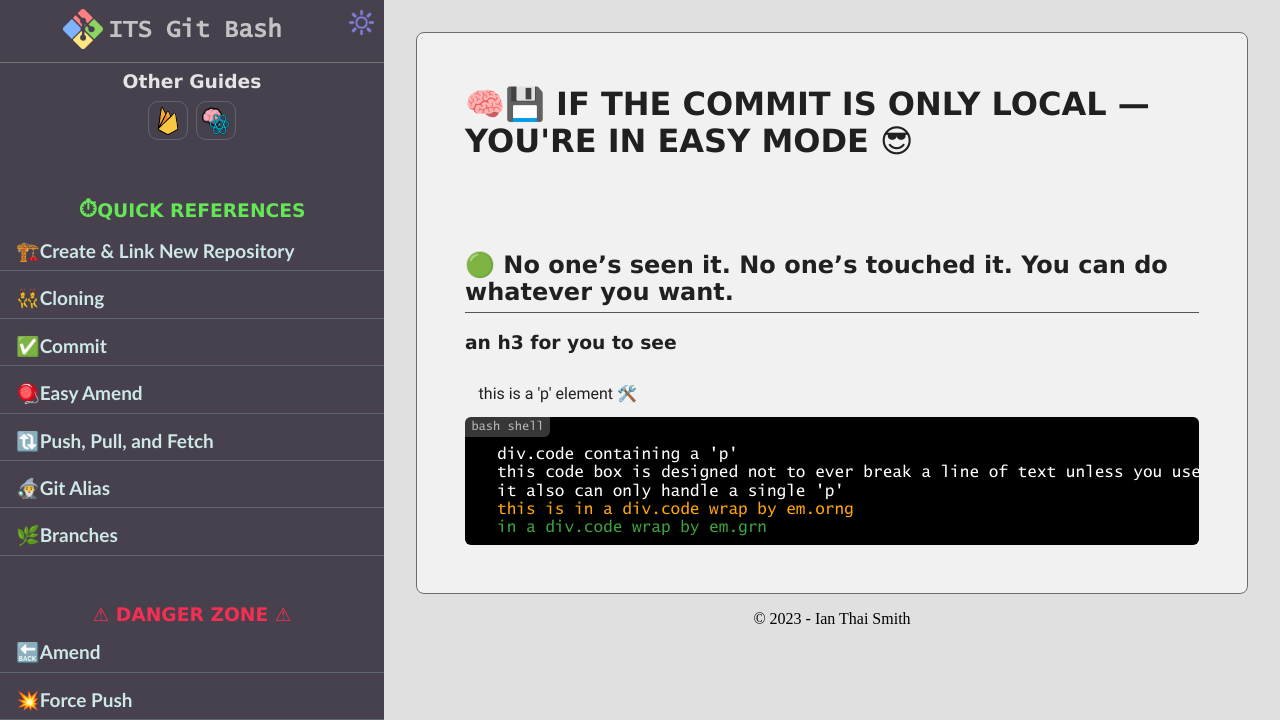
Repository: whyDoILoveThis/project__ITS_Git_Bash
Page: html/easy-amend.html
The author's editor kept a copy of each file at every save. The page is drawn from the files as they stood at one save, then again after the next save.
The browser window is 1280 px wide. The pictures show the whole page.

Above is the page before, as saved 2025-07-06 06:19:01.

### html/easy-amend.html
<!DOCTYPE html>
<html lang="en">
  <head>
    <meta charset="UTF-8" />
    <meta name="viewport" content="width=device-width, initial-scale=1.0" />
    <link rel="stylesheet" href="/css/normalize.css" />
    <link rel="stylesheet" href="/css/style.css" />
    <title>new-page</title>
  </head>
  <body>
    <!--!!!!!-->
    <!--! MAIN-WRAP -->
    <div class="main-wrap">
      <section class="article-wrap">
        <article class="article">
          <h1>🧠💾 IF THE COMMIT IS ONLY LOCAL — YOU'RE IN EASY MODE 😎</h1>
          <h2>
            🟢 No one’s seen it. No one’s touched it. You can do whatever you
            want.
          </h2>
          <h3>an h3 for you to see</h3>
          <p>this is a 'p' element 🛠️</p>
          <div class="code">
            <p>
              div.code containing a 'p' <br />
              this code box is designed not to ever break a line of text unless
              you use a 'br' linebreak element <br />
              it also can only handle a single 'p' <br />
              <em class="orng">this is in a div.code wrap by em.orng</em
              ><br /><em class="grn">in a div.code wrap by em.grn</em>
            </p>
          </div>
        </article>
      </section>
    </div>
    <!--! MAIN-WRAP -->
    <!--! !!!!!!! -->
    <script src="/JS/dynamic-nav.js"></script>
  </body>
</html>

### css/style.css


/*TODO: REFACTOR FOR BETTER ORGANIZATION
        AND REMOVING REDUNDANCIES*/

        :root {
            --size--brightness-toggler: 50px;
        }


.gradient {
    width: 100vw;
    height: 100vh;
    background: rgb(52,30,84);
background: linear-gradient(360deg, rgba(52,30,84,1) 0%, rgba(67,41,166,1) 100%);
}

@font-face {
    font-family: LucidaConsole;
    src: url(/fonts/lucon.ttf);

}

@font-face {
    font-family: Roboto;
    src: url(/fonts/Roboto-Regular.ttf);
}

body {
    font-family: 'Lucida Sans', 'Lucida Sans Regular', 'Lucida Grande', 'Lucida Sans Unicode', Geneva, Verdana, sans-serif;
    transition: background-color 0.3s ease-in;
    background-color: rgb(36, 31, 35);

}

body::-webkit-scrollbar-track
{
	-webkit-box-shadow: inset 0 0 6px rgba(0,0,0,0.3);
	border-radius: 10px;
	background-color: rgb(52, 29, 69);
}

body::-webkit-scrollbar
{
    border-radius: 10px;

	width: 5px;
	background-color: rgb(50, 41, 56);
}

body::-webkit-scrollbar-thumb
{
	border-radius: 10px;
	-webkit-box-shadow: inset 0 0 6px rgba(0,0,0,.3);
	background-color: #8181DB;
}



ul {
    list-style-type: none;
    padding: 0;
    padding-bottom: 4rem;
    margin: 0;
}

ul li {
    padding: 1rem 0 0.5rem 1rem;
    border-bottom: 0.5px solid rgb(90, 105, 110);
}

li a {
    text-decoration: none;
    color: rgb(206, 231, 231);
    font-family: 'Trebuchet MS', 'Lucida Sans Unicode', 'Lucida Grande', 'Lucida Sans', Arial, sans-serif;
    font-weight: 600;
    text-decoration-thickness: 0px;
    font-size: 19px;
}

a {
    color: rgb(45, 143, 248);
    text-decoration: none;
}

a:hover {
    font-weight: 600;
    text-decoration: underline;
}

li a:hover {
    text-decoration: underline;
    text-decoration-thickness: 2px;
    text-decoration-color: rgb(110, 203, 103);
}

em {
    font-style: normal;
}

.main-wrap {
    display: flex;
    height: 100%;
    width: 100%;
}

/** NAV */

.nav {
    z-index: 100;
    background: rgba(50, 41, 56, 0.877);
    backdrop-filter: blur(8px);
    -webkit-backdrop-filter: blur(8px);
    display: flex;
    flex-direction: column;
    width: 30%;
    height: 100%;
    position: fixed;
    overflow: auto;
    transition: all 0.37s ease-out;
}

.nav::-webkit-scrollbar-track
{
	-webkit-box-shadow: inset 0 0 6px rgba(0,0,0,0.3);
	border-radius: 10px;
	background-color: rgb(50, 41, 56);
}

.nav::-webkit-scrollbar
{
    border-radius: 10px;

	width: 3px;
	background-color: rgb(50, 41, 56);
}

.nav::-webkit-scrollbar-thumb
{
	border-radius: 10px;
	-webkit-box-shadow: inset 0 0 6px rgba(0,0,0,.3);
	background-color: #8181DB;
}


.logo-wrap {
    height: auto;
    max-height: 40px;
    display: flex;
    align-items: center;
    justify-content: center;
    gap: 0.3rem;
    padding: 0.7rem;
    border-bottom: 1px solid rgb(115, 115, 115);
    padding-right: var(--size--brightness-toggler);

}

.logo__icon {
    width: 8vw;
    max-width: 40px;
    height: 8vw;
    max-height: 40px;
    display: inline;
}

.logo__tag {
    color: rgb(195, 195, 195);
    font-family:  LucidaConsole, Arial, Helvetica, sans-serif;
    white-space: 1px;
    font-size: 24px;
    font-weight: 600;
    margin: 0;
}

.dark-mode-toggler-wrap {
    position: absolute;
    top: 10px;
    right: 10px;

}

.other-guides-wrap {
    margin: 0.5rem;
    display: flex;
    justify-content: center;
    align-self: center;
    gap: 0.5rem;
}

.other-guides-wrap > a > img {
    width: 28px;
}

.other-guides-heading {
    color: rgb(228, 228, 228);
    margin-top: 0;
}

.guide-link {
    border: 1px solid rgb(90, 105, 110);
    border-radius: 10px;
    display: flex;
    justify-content: center;
    padding: 0.3rem;
    transition: background-color 0.4s;
}

.guide-link:hover {
    background-color: rgba(255, 255, 255, 0.117);
}

.quick-ref-heading {
    color: rgb(101, 230, 87);
    text-transform: uppercase;
}

.quick-ref-heading::before {
    content: '⏱';
    font-size: 24px;
}

.article-wrap {
    margin-left: 30%;
    width: calc(70% - 2rem * 2);
    padding: 2rem;
}

.article {
    border: 1px solid rgb(109, 109, 109);
    border-radius:8px;
    display: flex;
    flex-direction: column;
    padding: 3rem;
    padding-top: 2rem;

    background-color: rgb(49, 49, 49);
    color: rgba(255, 255, 255, 0.90);
    transition: background-color 0.4s ease-in, color 0.5s ease-in;

}

.article__heading,
.article h2.h2--large {
    text-align: center;
    font-size: 32px;
    margin: 0.8rem;
    border: 0;
}

.article h2 {
    margin: 4.4rem 0 0rem 0;
    border-bottom: 1px solid #555;
    padding-bottom: 0.3rem;
}


.article > p {
    font-family: Roboto, Arial, Helvetica, sans-serif;
    margin: 0.85rem;
}

.emoji {
    display: inline;
    width: 20px;
}

.emoji--rocket {
    content: url(/img/emoji-rocket.PNG);
}

.code {
    font-family: LucidaConsole, Arial, Helvetica, sans-serif;
    white-space: nowrap;
    background-color: black;
    color: white;
    font-style: normal;
    width: 100%;
    display: flex;
    flex-direction: column;
    border-radius: 6px;
    overflow: auto;
}

.code p::selection,
.code em::selection {
    background: rgba(214, 172, 238, 0.273);
    color: inherit;
}

.code::-webkit-scrollbar {
    width: 12px;
    background-color: #F5F5F5;
    height: 7px;
}
.code::-webkit-scrollbar-thumb {
    border-radius: 1px;
    -webkit-box-shadow: inset 0 0 6px rgba(0,0,0,.3);
    background-color: #555;
}
.code::-webkit-scrollbar-track {
    -webkit-box-shadow: inset 0 0 6px rgba(0,0,0,0.3);
    border-radius: 1px;
    background-color: #F5F5F5;
}


.code::before {
    content: 'bash shell';
    background-color: rgb(55, 55, 55);


    align-self: flex-start;

    color: rgb(184, 184, 184);
    padding: 0.25rem 0.4rem 0.1rem 0.4rem;
    border-radius: 6px 0px 6px 0;
    font-size: 12px;
}

.code--html::before {
    content: 'HTML';
    color: rgb(255, 72, 0);
    letter-spacing: 1px;
}

.code--js::before {
   content: 'javascript';
   color: yellow;
}

.code--json::before {
    content: 'json';
    color: rgb(93, 184, 93);
}

.code--file-struct::before {
    content: '📁';
    font-size: 20px;
}

.code p {
    margin: 0.5rem 0 0.5rem 2rem;
    display: inline-block;
    flex: 0 0 100%;
}

.comnt {
    color: rgb(123, 123, 123);
}

.orng {
    color: orange;
}

.grn {
    color: rgb(60, 162, 60);
}

.blu {
    color: rgb(74, 189, 255);
}

.red {
    color: rgb(246, 46, 83);
}

/** BUTTONS */

.btn-group {
    display: flex;
    gap: 0.5rem;
}

.btn {
    position: relative;
    z-index: 99;
    width: 100%;
    font-family: Roboto, Arial, Helvetica, sans-serif;
    font-size: 24px;
    text-shadow: 0 0 2px rgba(0, 0, 0, 0.577);
    padding: 10px 20px;
    background-color: #27396a;

    color: #6cbbfb;
    cursor: pointer;
    border-radius: 10px;
    border: 1.5px solid rgb(0, 0, 0);
    margin-top: 1rem;
}

.btn--important {
    color: rgb(252, 107, 107);
    background-color: rgb(83, 32, 32);
}

.btn--more-info-box {

    font-family: Roboto, Arial, Helvetica, sans-serif;
    background-color: #eeeeee;
    background-color: #363232;

    color: #202020;
    color: rgba(255, 255, 255, 0.90);
    position: relative;
    top: -1rem;
    padding: 1rem;
    border-radius: 8px;
    text-align: center;
    border: 1.5px solid rgb(0, 115, 225);
    animation: 0.5s ease-in-out;
    transform-origin: top center;
    transition: background-color 0.4s ease-in, color 0.5s ease-in;
}

.btn--more-info-box.hidden {
    display: none;

}

@keyframes bounceDown {
    0% {
        transform: scaleY(0);
        opacity: 0;
    }
    70% {
        transform: scaleY(1.04);
        opacity: 1;
    }
    100% {
        transform: scaleY(1);
        opacity: 1;
    }
}

@keyframes bounceUp {
    0% {
        transform: scaleY(1);
        opacity: 1;
    }

    20% {
        transform: scaleY(1.04);
        opacity: 0.8;
    }

    100% {
        transform: scaleY(0);
        opacity: 0.2;
    }
}

.btn--more-info-box p {
    text-align: left;
}

.btn--more-info-box h2 {
    margin-top: 2.5rem;
}

.btn--more-info-box h3 {
    margin-top: 1.5rem;
    margin-bottom: 0;
}

@media screen and (min-width: 768px) {
    .nav-toggler {
        position: fixed;
        display: none;
        visibility: hidden;
    }
}

@media screen and (max-width: 778px) {
    ul li {
        padding: 0.8rem 0.3rem 0.5rem 0.8rem;
    }

    li a {
        font-size: 17px;
    }

    .nav {
        margin: 0;
        width: 100%;
        height: 60px;
        overflow: hidden;
        border-top-right-radius: 0;
        border-bottom-left-radius: 10px;
        border-bottom-right-radius: 10px;
        box-shadow: 1px 1px 1px 3px rgba(0, 0, 0, 0.179);
    }

    .nav-expanded {
        width: 85%;
        height: 100%;
        overflow-y: auto;
        box-shadow: 1px 1px 0px 700px rgba(0, 0, 0, 0.5);
        border-bottom-left-radius: 0;
    }

    .nav-expanded .nav-toggler {
        position: absolute;
        transform: translateY(60px);
    }

    .logo-wrap {
        place-self: center;
        padding-right: var(--size--brightness-toggler);
        padding-left: var(--size--brightness-toggler);
    }
    .logo__icon {
        height: 40px;
        width: 40px;
    }
    .dark-mode-toggler-wrap {
        position: absolute;
        top: 15px;
        right: 10px;

    }
    .nav-toggler {
       width: 40px;
       position: absolute;
       left: 10px;

       transition: all 0.2s;
    }

    .logo__tag {
        font-size: 22px;
        white-space: nowrap;
    }

    .article-wrap {
        margin: 0;
        width: calc(100% - 0.5rem * 2);
         padding: 0.5rem;
         margin-top: 70px;
     }
     .article {
        padding: 0.5rem;
    }
}

.copyright::before {
    content: '© 2023 - Ian Thai Smith ';
    font-family: 'Times New Roman', Times, serif ;
    display: flex;
    justify-content: center;

}

### JS/dynamic-nav.js
const head = document.getElementsByTagName('head')[0];
const tabIcon = document.createElement("link");
tabIcon.href = "/img/git-bash-icon.png";
tabIcon.rel = "icon";
head.appendChild(tabIcon);

const articleWrap = document.querySelector(".article-wrap");

const copyright = document.createElement("p");
copyright.classList.add("copyright");

articleWrap.appendChild(copyright);

// Select the target element
const container = document.querySelector(".main-wrap");

// Create the main navigation element
const navigation = document.createElement("nav");
navigation.classList.add("nav");

function expandNav(){
    navigation.classList.toggle("nav-expanded")
}

const navToggler = document.createElement("img");
navToggler.src = "/img/icon-nav-toggler.png";
navToggler.classList.add("nav-toggler");
navToggler.addEventListener("click", expandNav);



// Create the logo-wrap div
const logoWrap = document.createElement("div");
logoWrap.classList.add("logo-wrap");

// Create the logo icon
const logoIcon = document.createElement("img");
const homeLink = document.createElement("a");
homeLink.href = "/index.html";
logoIcon.src = "/img/git-bash-icon.png";
logoIcon.alt = "";
logoIcon.classList.add("logo__icon");
homeLink.appendChild(logoIcon);


// Create the logo tag
const logoTag = document.createElement("p");
logoTag.classList.add("logo__tag");
logoTag.innerText = "ITS Git Bash";


const darkModeTogglerWrap = document.createElement("div");
darkModeTogglerWrap.classList.add("dark-mode-toggler-wrap");
const darkModeToggler = document.createElement("img");
darkModeTogglerWrap.appendChild(darkModeToggler);
darkModeToggler.src = "/img/icon-brightness-dim.png";
darkModeToggler.style.width = "25px";
darkModeToggler.classList.add(".dark-mode-toggler");

const article = document.querySelector('.article')


darkModeToggler.addEventListener("click", toggleBrightness);

const otherGuidesWrap = document.createElement("div");
otherGuidesWrap.classList.add("other-guides-wrap");

const otherGuides = document.createElement("h3");
otherGuides.innerText = "Other Guides";
otherGuides.classList.add('other-guides-heading');
otherGuides.style.textAlign = "center";
otherGuides.style.marginBottom = "0";
otherGuides.style.marginTop = "0.5rem";

const linkBash = document.createElement('a');
const imgBash = document.createElement("img");
linkBash.classList.add('guide-link');
imgBash.src = "/img/firebase-icon.png";
linkBash.href = "https://its-firebase.vercel.app";
linkBash.appendChild(imgBash);
otherGuidesWrap.appendChild(linkBash);
// another
const linkReact18 = document.createElement('a');
const imgReact18 = document.createElement("img");
linkReact18.classList.add('guide-link');
imgReact18.src = "/img/learn-react18-icon.png";
linkReact18.href = "https://learn-react18.vercel.app";
linkReact18.appendChild(imgReact18);
otherGuidesWrap.appendChild(linkReact18);




const infoBoxes = document.querySelectorAll('.btn--more-info-box');


// Check if 'bright' is stored in localStorage
const storedBright = localStorage.getItem('bright');

// Initialize 'bright' with the stored value (or default to false if not found)
let bright = storedBright === 'false';


function toggleBrightness() {
    bright = !bright;

    // Store the updated 'bright' value in localStorage
    localStorage.setItem('bright', bright);

 // Update UI and apply styles based on 'bright' state

    if(bright){
    fadeOutAndChange(darkModeToggler, "/img/icon-brightness-bright.png");
    document.body.style.backgroundColor = 'rgb(224, 224, 224)';
    article.style.backgroundColor = 'rgb(241, 241, 241)';
    article.style.color = '#202020';
    copyright.style.color = 'black';
    infoBoxes.forEach(infoBox => {
        infoBox.style.backgroundColor = '#eeeeee';
        infoBox.style.color = '#202020';
    });
    } else {
        fadeOutAndChange(darkModeToggler, "/img/icon-brightness-dim.png");
        document.body.style.backgroundColor = 'rgb(36, 31, 35)';
        article.style.backgroundColor = 'rgb(49, 49, 49)';
        article.style.color = 'rgba(255, 255, 255, 0.90)';
        copyright.style.color = 'white';
        infoBoxes.forEach(infoBox => {
            infoBox.style.backgroundColor = '#363232';
            infoBox.style.color = 'rgba(255, 255, 255, 0.90)';
        });
    }
}

function fadeOutAndChange(element, newImageSrc) {
    element.style.opacity = 0;
    setTimeout(() => {

        element.src = newImageSrc;
        element.style.opacity = 1;
    }, 200); // Adjust the time to match your CSS transition duration
}

// Call toggleBrightness to initialize UI based on stored value
toggleBrightness();


// Append the logo icon and tag to the logo-wrap div
logoWrap.appendChild(navToggler);
logoWrap.appendChild(homeLink);
logoWrap.appendChild(logoTag);



// Create the links list
const linkList = document.createElement("ul");
linkList.classList.add("link__list");


const quickRefs = document.createElement("h3");
quickRefs.innerText = "Quick References";
quickRefs.classList.add('quick-ref-heading');
quickRefs.style.textAlign = "center";
quickRefs.style.marginBottom = "0";
quickRefs.style.marginTop = "3rem";
linkList.appendChild(quickRefs);
/****************LINKS****************** */
/****************LINKS****************** */
// Create a list item for the link
const linkItem1 = document.createElement("li");
linkItem1.classList.add("link");
// Create the link itself
const linkCreateNewRepo = document.createElement("a");
linkCreateNewRepo.href = "/html/create-and-link-new-repo.html";
linkCreateNewRepo.innerText = "🏗️Create & Link New Repository";
// Append the link to the list item
linkItem1.appendChild(linkCreateNewRepo);
// Append the list item to the links list
linkList.appendChild(linkItem1);

// Create a list item for the link
const linkItem2 = document.createElement("li");
linkItem2.classList.add("link");
const linkCloning = document.createElement("a");
linkCloning.href = "/html/cloning.html";
linkCloning.innerText = "👯‍♀️Cloning";
// Append the link to the list item
linkItem2.appendChild(linkCloning);
// Append the list item to the links list
linkList.appendChild(linkItem2);

const linkItem3 = document.createElement("li");
linkItem3.classList.add("link");
const linkCommit = document.createElement("a");
linkCommit.href = "/html/commit.html";
linkCommit.innerText = "✅Commit";
linkItem3.appendChild(linkCommit);
linkList.appendChild(linkItem3);

const linkItem3v1 = document.createElement("li");
linkItem3v1.classList.add("link");
const linkEasyAmend = document.createElement("a");
linkEasyAmend.href = "/html/easy-amend.html";
linkEasyAmend.innerText = "🪀Easy Amend";
linkItem3v1.appendChild(linkEasyAmend);
linkList.appendChild(linkItem3v1);

const linkItem4 = document.createElement("li");
linkItem4.classList.add("link");
const linkPushPullAndFetch = document.createElement("a");
linkPushPullAndFetch.href = "/html/push-pull-and-fetch.html";
linkPushPullAndFetch.innerText = "🔃Push, Pull, and Fetch";
linkItem4.appendChild(linkPushPullAndFetch);
linkList.appendChild(linkItem4);

const linkItem7 = document.createElement("li");
linkItem7.classList.add("link");
const linkGitAlias = document.createElement("a");
linkGitAlias.href = "/html/git-alias.html";
linkGitAlias.innerText = "🧙‍♂️Git Alias";
linkItem7.appendChild(linkGitAlias);
linkList.appendChild(linkItem7);

const linkItem8 = document.createElement("li");
linkItem8.classList.add("link");
const linkBranches = document.createElement("a");
linkBranches.href = "/html/branches.html";
linkBranches.innerText = "🌿Branches";
linkItem8.appendChild(linkBranches);
linkList.appendChild(linkItem8);

const dangerZone = document.createElement("h3");
dangerZone.innerText = "⚠ DANGER ZONE ⚠";
dangerZone.style.textAlign = "center";
dangerZone.classList.add("red");
dangerZone.style.marginBottom = "0";
dangerZone.style.marginTop = "3rem";
linkList.appendChild(dangerZone);

const linkItem5 = document.createElement("li");
linkItem5.classList.add("link");
const linkAmend = document.createElement("a");
linkAmend.href = "/html/amend.html";
linkAmend.innerText = "🔙Amend";
linkItem5.appendChild(linkAmend);
linkList.appendChild(linkItem5);

const linkItem6 = document.createElement("li");
linkItem6.classList.add("link");
const linkForcePush = document.createElement("a");
linkForcePush.href = "/html/💥force-push.html";
linkForcePush.innerText = "💥Force Push";
linkItem6.appendChild(linkForcePush);
linkList.appendChild(linkItem6);





/****************LINKS****************** */
/****************LINKS****************** */


// Append the logo-wrap div and links list to the navigation
navigation.appendChild(logoWrap);
navigation.appendChild(darkModeTogglerWrap);
navigation.appendChild(otherGuides);
navigation.appendChild(otherGuidesWrap);
navigation.appendChild(linkList);

// Append the navigation to the container
container.appendChild(navigation);

Loaded but not shown: css/normalize.css (library)

After the next save:
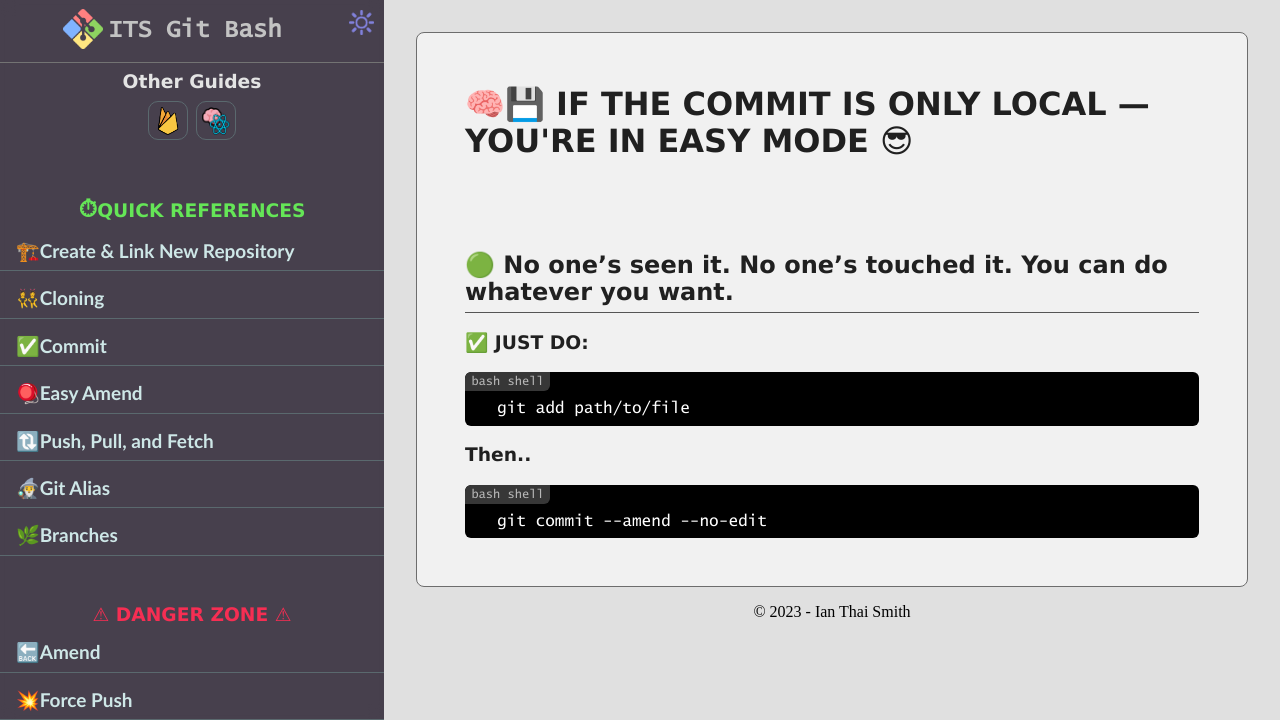
Saved 83 s later.
--- a/html/easy-amend.html
+++ b/html/easy-amend.html
@@ -18,17 +18,13 @@
             🟢 No one’s seen it. No one’s touched it. You can do whatever you
             want.
           </h2>
-          <h3>an h3 for you to see</h3>
-          <p>this is a 'p' element 🛠️</p>
+          <h3>✅ JUST DO:</h3>
           <div class="code">
-            <p>
-              div.code containing a 'p' <br />
-              this code box is designed not to ever break a line of text unless
-              you use a 'br' linebreak element <br />
-              it also can only handle a single 'p' <br />
-              <em class="orng">this is in a div.code wrap by em.orng</em
-              ><br /><em class="grn">in a div.code wrap by em.grn</em>
-            </p>
+            <p>git add path/to/file<br /></p>
+          </div>
+          <h3>Then..</h3>
+          <div class="code">
+            <p>git commit --amend --no-edit</p>
           </div>
         </article>
       </section>
